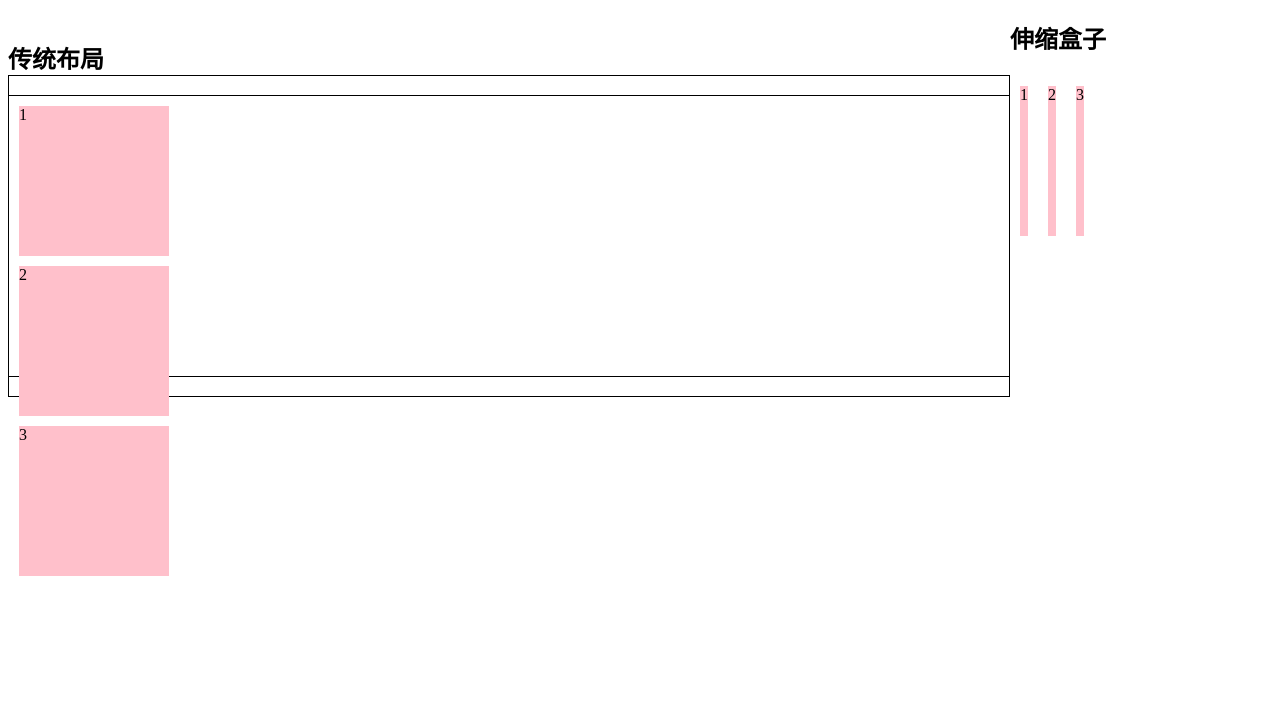
Repository: liuxi0811/web-demo
Page: 伸缩布局.html
These files come from the project's save history. The page is drawn as it stood at one moment and after the next save; the edit follows.
The browser window is 1280 px wide. The pictures show the whole page.

Above is the page before, as saved 2020-12-03 18:10:26.

### 伸缩布局.html
<!DOCTYPE html>
<html lang="en">

<head>
    <meta charset="UTF-8">
    <meta name="viewport" content="width=device-width, initial-scale=1.0">
    <title>Document</title>
    <style>
        div {
            width: 1000px;
            height: 300px;
            border: 1px solid;
        }

        li {
            width: 150px;
            height: 150px;
            background: pink;
            margin: 10px;
            /* display: flex; */

        }

        ul {
            list-style: none;
            margin: 0px;
            padding: 0px;

        }

        section:nth-child(1) ul li{
           overflow: hidden;
        }
        section:nth-child(1){
            float: left;
        }
        section:nth-child(2) ul{
            display: flex;
        }
    </style>
</head>

<body>
    <section>
        <h1>传统布局</h1>
        <div>
            <ul>
                <li>1</li>
                <li>2</li>
                <li>3</li>
        </div>
    </section>

    <section>
        <h1>伸缩盒子</h1>
        <div>
            <ul>
                <li>1</li>
                <li>2</li>
                <li>3</li>
        </div>
    </section>
</body>

</html>

After the next save:
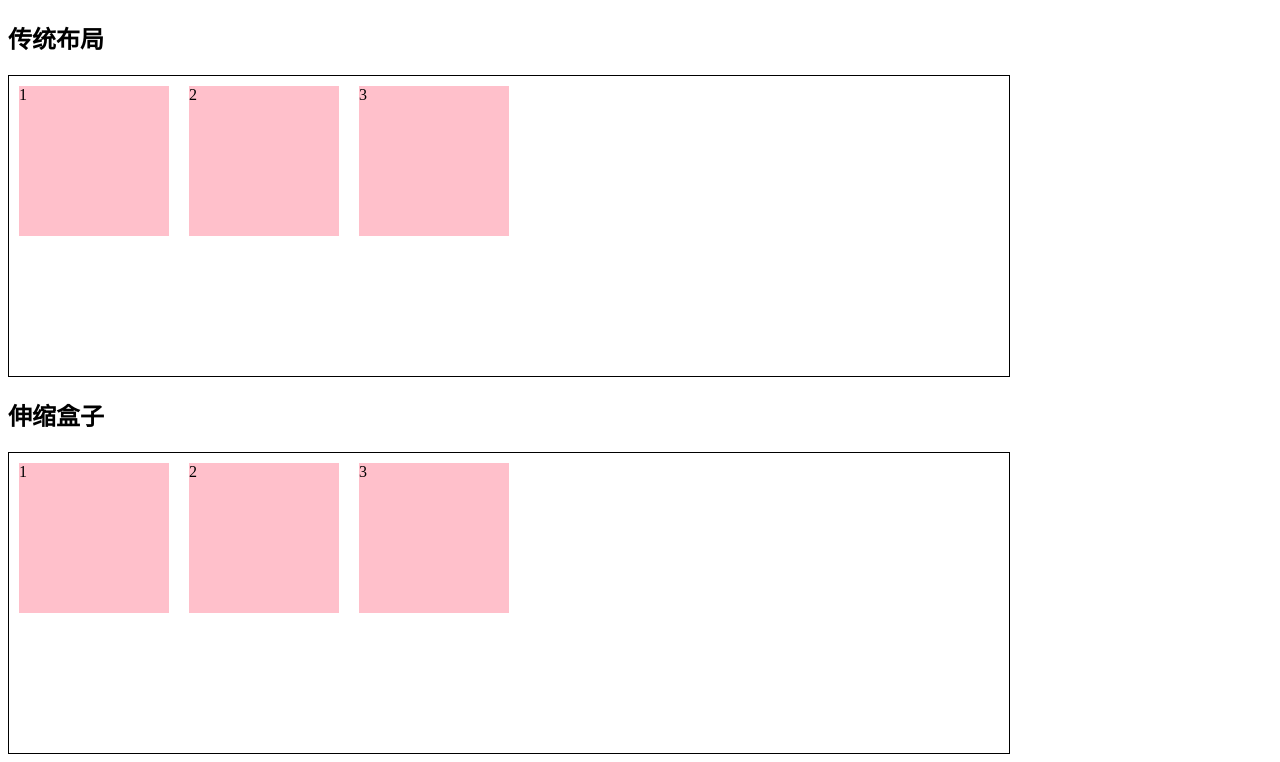
Saved 24 s later.
--- a/伸缩布局.html
+++ b/伸缩布局.html
@@ -28,10 +28,10 @@
 
         }
 
-        section:nth-child(1) ul li{
+        section:nth-child(1) ul{
            overflow: hidden;
         }
-        section:nth-child(1){
+        section:nth-child(1) ul li{
             float: left;
         }
         section:nth-child(2) ul{
